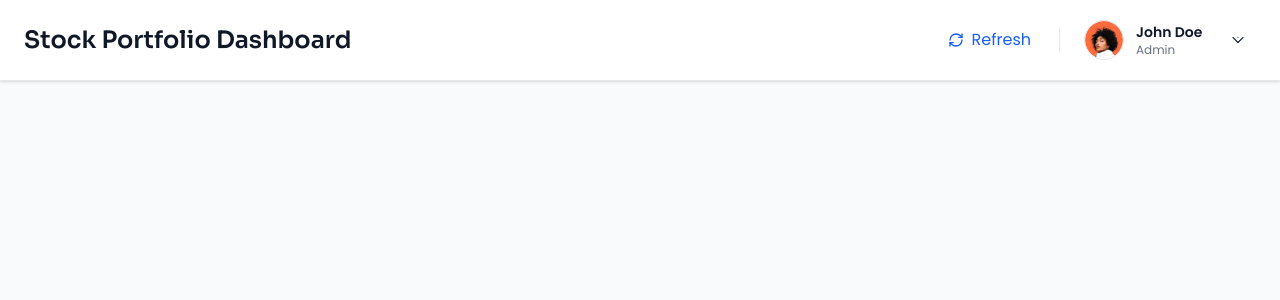
Repository: jabir12-12/inten-project
Page: /
The author's editor kept a copy of each file at every save. The page is drawn from the files as they stood at one save, then again after the next save.
The browser window is 1280 px wide. The pictures show the whole page.
The project was rebuilt for these pictures with package versions that can differ from the ones it lists, and the page was loaded fresh each time. The framework's server and built-in components were replaced by stand-ins that run in the browser. Also part of the build but not shown: next.config.ts.

Above is the page before, as saved 2025-05-17 14:13:08.

### src/pages/index.tsx
'use client';
import React, { useState } from 'react';
import Image from 'next/image';
import { RefreshCw, } from "lucide-react";
export default function Home() {
  const [loading, setLoading] = useState(false)

  return (
    <div className="bg-gray-50 min-h-screen flex flex-col">
      {/* Header */}
      <header className="sticky top-0 z-10 flex justify-between px-4 md:px-6 py-3 md:py-4 bg-white border-b border-gray-200 shadow-sm items-center">
        <div className="flex items-center">
          <h1 className="text-gray-900 font-semibold text-xl md:text-2xl">Stock Portfolio Dashboard</h1>
        </div>
        <div className="flex items-center gap-2 md:gap-4">
          <button
            onClick={() => setLoading(true)}
            className="flex items-center  text-blue-600 hover:text-blue-800 px-3 py-1 rounded-md gap-2 cursor-pointer"
            disabled={loading}
          >
            <RefreshCw className={`w-4 h-4 ${loading ? "animate-spin" : ""}`} />
            <span>{loading ? "Refreshing..." : "Refresh"}</span>
          </button>
          <div className="hidden md:block bg-gray-200 h-6 w-px"></div>
          <div className="flex items-center gap-2 md:gap-3 cursor-pointer rounded-md px-2 py-1 hover:bg-gray-100 transition-colors">
            {/* Avatar: always visible */}
            <div className="h-8 w-8 md:h-10 md:w-10 overflow-hidden rounded-full border border-gray-200 shrink-0">
              <Image
                src="/images/Ellipse 1534 (6).svg"
                alt="User profile"
                className="h-full w-full object-cover"
                width={40}
                height={40}
              />
            </div>
            {/* Name and Role: hidden on small screens */}
            <div className="hidden md:flex flex-col min-w-[80px]">
              <span className="text-gray-900 text-sm font-semibold truncate">John Doe</span>
              <span className="text-gray-500 text-xs truncate">Admin</span>
            </div>
            {/* Dropdown Icon: visible always, aligned nicely */}
            <div className="flex items-center justify-center h-5 w-5">
              <Image
                src="/images/Frame (21).svg"
                alt="Dropdown icon"
                width={20}
                height={20}
              />
            </div>
          </div>
        </div>
      </header>
    </div>
  );
}

### src/styles/globals.css
@import url('https://fonts.googleapis.com/css2?family=Poppins:wght@400;500;600&family=Inter:wght@400;500;600&family=Sora:wght@400;500;600;700;800&display=swap');
@import url('https://fonts.googleapis.com/css2?family=Inter:wght@400;700&display=swap');

@import "tailwindcss";

body {
  background-color: #f7f8fb;
  margin: 0;
  padding: 0;
  font-family: 'Poppins', sans-serif;
  justify-content: center;
  align-items: center;
  height: 100vh;
}

.video-js .vjs-playback-rate {
  font-size: 10px;
  transform: translateY(12px);
  /* Moves the button down by 10px */

}

.heading .head {
  font-family: 'Sora', sans-serif;
  font-size: 24px;
  /* Example size */
  font-weight: 700;
}

/* Example for other headings if needed */
h1,
h2,
h3,
h4,
h5,
h6 {
  font-family: 'Sora', sans-serif;
}

h3 {
  font-size: 18px;
  font-weight: 600;
}

/* Ensure that other text elements use Poppins */
p,
span,
div {
  font-family: 'Poppins', sans-serif;
}

.button {
  outline: none;
}

/* Custom scrollbar styles */

::-webkit-scrollbar {
  width: 7px;
  height: 7px;
}

::-webkit-scrollbar-thumb {
  background-color: rgba(234, 236, 240, 1);
  ;

  border-radius: 100px;
}

::-webkit-scrollbar-track {
  background: "white";

}

/* THIS IS FOR TEXT-EDITOR IN DISSCUSSION TAB --------------------------*/
.custom-quill .ql-container {
  border: none !important;
  /* Remove the border from the container */
}

.custom-quill .ql-editor {
  border: none !important;
  /* Ensure no border around the editor */
}

.custom-quill:focus {
  outline: none;
  /* Remove outline on focus */
}

.custom-quill .ql-editor {
  font-size: 16px;
  /* Set text size to 16px */
  font-family: 'Poppins', sans-serif;
  font-style: normal;
  /* Use the Poppins font */

}

.custom-quill .ql-editor:empty::before {

  /* Show placeholder */
  color: #667085;
  /* Placeholder color */
  font-family: 'Poppins', sans-serif;
  font-style: normal;
  /* Poppins font for placeholder */
  font-size: 16px;
  /* Placeholder size */
  position: absolute;
  /* Position it absolutely */
  left: 10px;
  /* Adjust according to your padding */
  top: 10px;
  /* Adjust according to your padding */
  pointer-events: none;
  /* Prevent interaction */
}

.custom-quill .ql-editor:focus::before {
  display: none;
  /* Hide placeholder on focus */
}

/* -------------------------------------------------- */
/* FOR TOOLTIP FOR TEST PAGE ONLY ->learn Tab */


.tooltipText {
  position: absolute;
  color: white;
  bottom: 125%;
  /* Position above the button */
  left: 50%;
  /* Center horizontally */
  transform: translateX(-50%);
  /* Adjust to center the tooltip */

  z-index: 3;
  background-color: #131313;
  box-shadow: 0 5px 10px rgba(0, 0, 0, 0.3);
  padding: 6px 14px;
  /* Padding inside the tooltip */
  width: 204px;
  /* Fixed width */
  height: auto;
  /* Hug content (height grows with content) */
  min-height: 78px;
  /* Minimum height */
  font-size: 15px;
  font-weight: 400;
  border-radius: 5px;
  white-space: normal;
  /* Allow text wrapping for longer content */
  opacity: 0;
  pointer-events: none;
  transition: all 0.4s ease;
}

.tooltip:hover .tooltipText {
  opacity: 1;
  pointer-events: auto;
  transform: translate(-50%, -10px);
  /* Move tooltip slightly up on hover */
}

.drawer-overlay {
  background-color: transparent !important;
  /* Makes the overlay transparent */
}

/* magic.module.css */
.customCheckbox input[type="checkbox"]:checked {
  background-color: #9012FF;
  border-color: #9012FF;
}

/* Add this to your global CSS file */
.ql-container .ql-editor img {
  cursor: pointer;
}

.image-resizer {
  border: 1px dashed #999;
  position: absolute;
}

.image-resizer .resize-handle {
  background-color: #fff;
  border: 1px solid #999;
  height: 8px;
  width: 8px;
  position: absolute;
}

.image-resizer .resize-handle.se {
  bottom: -5px;
  right: -5px;
  cursor: se-resize;
}

.image-resizer .resize-handle.sw {
  bottom: -5px;
  left: -5px;
  cursor: sw-resize;
}

.image-resizer .resize-handle.ne {
  top: -5px;
  right: -5px;
  cursor: ne-resize;
}

.image-resizer .resize-handle.nw {
  top: -5px;
  left: -5px;
  cursor: nw-resize;
}


@layer base {
  :root {
    --radius: 0.5rem;
    --chart-1: 12 76% 61%;
    --chart-2: 173 58% 39%;
    --chart-3: 197 37% 24%;
    --chart-4: 43 74% 66%;
    --chart-5: 27 87% 67%;
  }

  .dark {
    --chart-1: 220 70% 50%;
    --chart-2: 160 60% 45%;
    --chart-3: 30 80% 55%;
    --chart-4: 280 65% 60%;
    --chart-5: 340 75% 55%;
  }
}

Loaded but not shown: src/pages/_app.tsx (common file); src/pages/_document.tsx (common file)

After the next save:
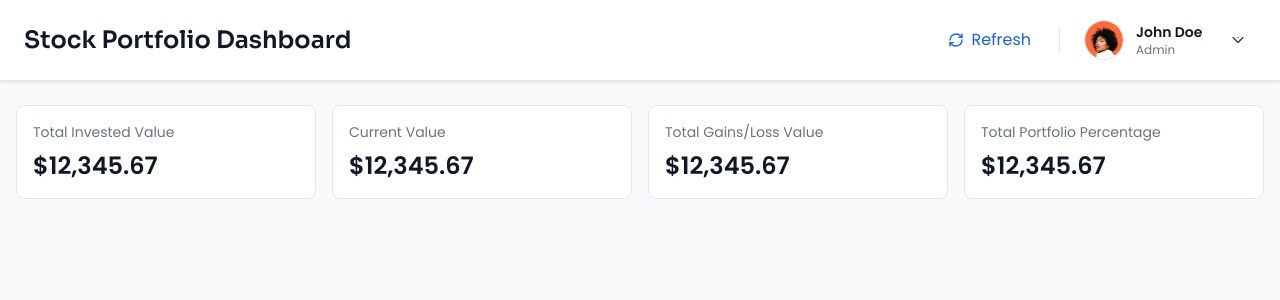
Saved 10 min 51 s later.
--- a/src/pages/index.tsx
+++ b/src/pages/index.tsx
@@ -50,6 +50,28 @@ export default function Home() {
           </div>
         </div>
       </header>
+      {/* Main  Body */}
+      <div className="flex-1 px-4 py-6">
+        <div className="flex flex-wrap gap-4 justify-between">
+          {[
+            "Total Invested Value",
+            "Current Value",
+            "Total Gains/Loss Value",
+            "Total Portfolio Percentage"
+          ].map((label, index) => (
+            <button
+              key={index}
+              className="flex flex-1 min-w-[240px] p-4 flex-col gap-2 border border-gray-200 rounded-lg bg-white transition-all duration-300 hover:shadow-md hover:border-gray-300"
+            >
+              <span className="text-gray-500 text-sm">{label}</span>
+              <span className="text-gray-900 text-2xl font-semibold">
+                $12,345.67
+              </span>
+            </button>
+          ))}
+        </div>
+      </div>
+
     </div>
   );
 }
